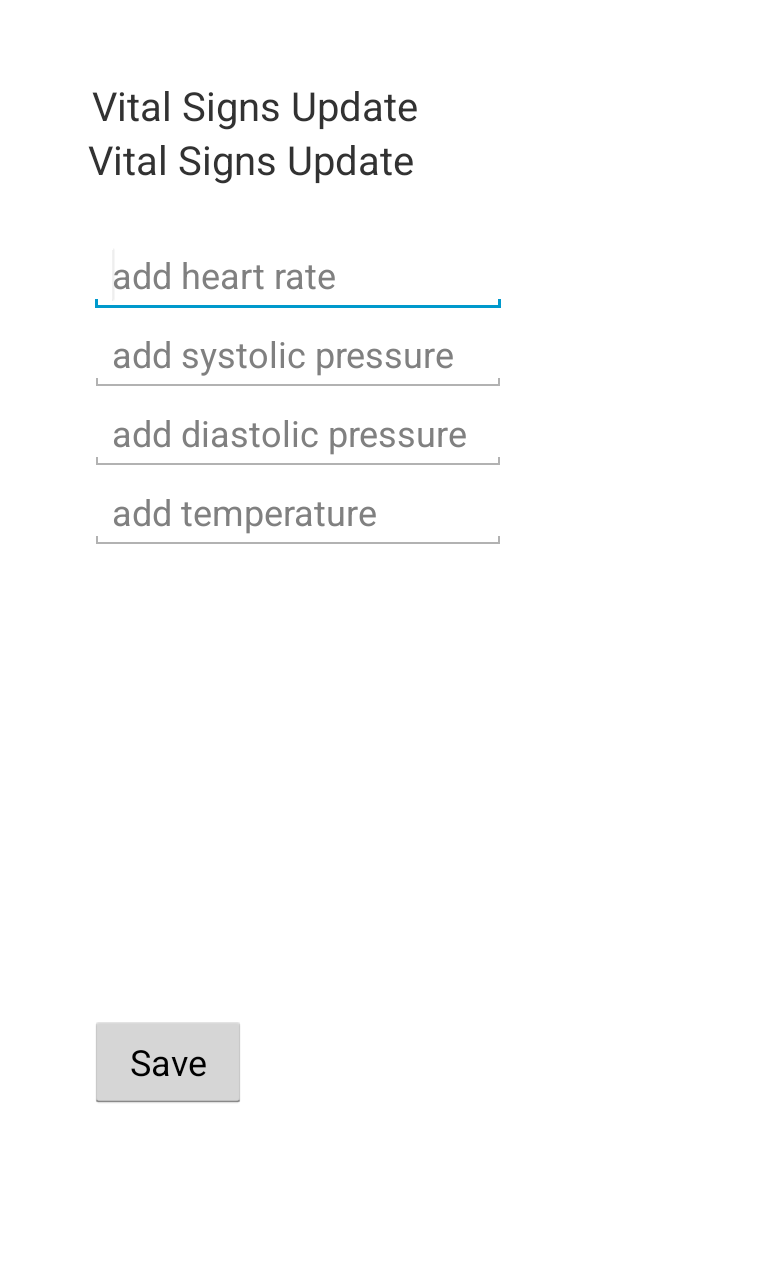
Repository: jackys-95/Aloha
Layout: app/Phase 2/res/layout/activity_vital_signs_update.xml
The author's editor kept a copy of each file at every save. The layout is drawn from the files as they stood at one save, then again after the next save.
It is drawn on a 768 x 1280 px phone screen (xhdpi) without system bars, with theme AppTheme; the app's code is not run.

Above is the layout before, as saved 2014-11-05 01:21:54.

### app/Phase 2/res/layout/activity_vital_signs_update.xml
<RelativeLayout xmlns:android="http://schemas.android.com/apk/res/android"
    xmlns:tools="http://schemas.android.com/tools"
    android:layout_width="match_parent"
    android:layout_height="match_parent"
    android:paddingBottom="@dimen/activity_vertical_margin"
    android:paddingLeft="@dimen/activity_horizontal_margin"
    android:paddingRight="@dimen/activity_horizontal_margin"
    android:paddingTop="@dimen/activity_vertical_margin"
    tools:context="com.example.hospitalsystem.VitalSignsUpdate" >

    <TextView
        android:id="@+id/Date"
        android:layout_width="wrap_content"
        android:layout_height="wrap_content"
        android:layout_alignParentLeft="true"
        android:layout_alignParentTop="true"
        android:layout_marginLeft="30dp"
        android:layout_marginTop="23dp"
        android:text="@string/VitalSignsUpdate"
        android:textSize="20sp" />

    <Button
        android:id="@+id/save"
        android:layout_width="80dp"
        android:layout_height="wrap_content"
        android:layout_alignLeft="@+id/editText4"
        android:layout_alignParentBottom="true"
        android:layout_marginBottom="69dp"
        android:text="@string/Save" />

    <EditText
        android:id="@+id/editText4"
        android:layout_width="wrap_content"
        android:layout_height="wrap_content"
        android:layout_alignParentLeft="true"
        android:layout_below="@+id/Date"
        android:layout_marginLeft="28dp"
        android:layout_marginTop="52dp"
        android:ems="10"
        android:hint="@string/addHeartRate"
        android:inputType="number" >

        <requestFocus />
    </EditText>

    <EditText
        android:id="@+id/editText2"
        android:layout_width="wrap_content"
        android:layout_height="wrap_content"
        android:layout_alignParentLeft="true"
        android:layout_below="@+id/editText4"
        android:layout_marginLeft="28dp"
        android:ems="10"
        android:hint="@string/addSystolicPressure"
        android:inputType="number" />

    <EditText
        android:id="@+id/editText3"
        android:layout_width="wrap_content"
        android:layout_height="wrap_content"
        android:layout_alignParentLeft="true"
        android:layout_below="@+id/editText2"
        android:layout_marginLeft="28dp"
        android:ems="10"
        android:hint="@string/addDiastolicPressure"
        android:inputType="number" />

    <EditText
        android:id="@+id/editText1"
        android:layout_width="wrap_content"
        android:layout_height="wrap_content"
        android:layout_alignParentLeft="true"
        android:layout_below="@+id/editText3"
        android:layout_marginLeft="28dp"
        android:ems="10"
        android:hint="@string/addTemperature"
        android:inputType="number" />

    <TextView
        android:id="@+id/CurrentTime"
        android:layout_width="wrap_content"
        android:layout_height="wrap_content"
        android:layout_alignLeft="@+id/editText4"
        android:layout_below="@+id/Date"
        android:text="@string/VitalSignsUpdate"
        android:textSize="20sp" />

</RelativeLayout>

### app/Phase 2/res/values/strings.xml
<?xml version="1.0" encoding="utf-8"?>
<resources>

    <string name="app_name">Hospital System</string>
    <string name="action_settings">Settings</string>
    <string name="Welcome">Welcome to</string>
    <string name="AppName">Triage Helper</string>
    <string name="title_activity_look_up_patient">Search for Patient</string>
    <string name="hello_world">Hello world!</string>
    <string name="title_activity_create_new_record">Create a new record</string>
    <string name="title_activity_confirm_patient">Confirm Patient</string>
    <string name="title_activity_previous_record">Previous Records</string>
    <string name="title_activity_individual_data">Individual Data</string>
    <string name="title_activity_visit_record">Visit Record</string>
    <string name="title_activity_vital_signs_update">Vital Signs Update</string>
    <string name="LookUp">Look up existing patient</string>
    <string name="CreateANewRecord">Create a new record</string>
    <string name="Confirm">Confirm</string>
    <string name="HCNinput">Please input a health card number.</string>
    <string name="PreviousRecord">Here are the previous record(s) for patient</string>
    <string name="placeholder">Placeholder</string>
    <string name="IndividualData">Individual Data for patient</string>
    <string name="NameColon">Name: </string>
    <string name="DOBColon">Date of Birth: </string>
    <string name="HCNColon">Health Card Number: </string>
    <string name="VisitRecord">Visit Record of Patient</string>
    <string name="at">at</string>
    <string name="Update">update</string>
    <string name="VitalSignsUpdate">Vital Signs Update</string>
    <string name="addTemperature">add temperature</string>
    <string name="addSystolicPressure">add systolic pressure</string>
    <string name="addDiastolicPressure">add diastolic pressure</string>
    <string name="addHeartRate">add heart rate</string>
    <string name="Cancel">Cancel</string>
    <string name="Save">Save</string>
    <string name="CreateANewVitalSigns">Create a new vital signs record</string>
    <string name="notFunctionaltime">put current date as default here</string>
    <string name="CurrentDate">Current Date:</string>
    <string name="CurrentTime">Current Time:</string>
    <string name="ViewPreviousRecords">Previous Records</string>
    <string name="UpdateRecord">Update Record</string>
    <string name="forPatient">for patient</string>
    <string name="currentT">Use Current Time</string>
</resources>

Loaded but not shown: app/Phase 2/res/values/styles.xml (common file); app/Phase 2/res/values-v11/styles.xml (common file); app/Phase 2/res/values-v14/styles.xml (common file); app/Phase 2/res/values/dimens.xml (common file); app/Phase 2/res/values-w820dp/dimens.xml (common file)

After the next save:
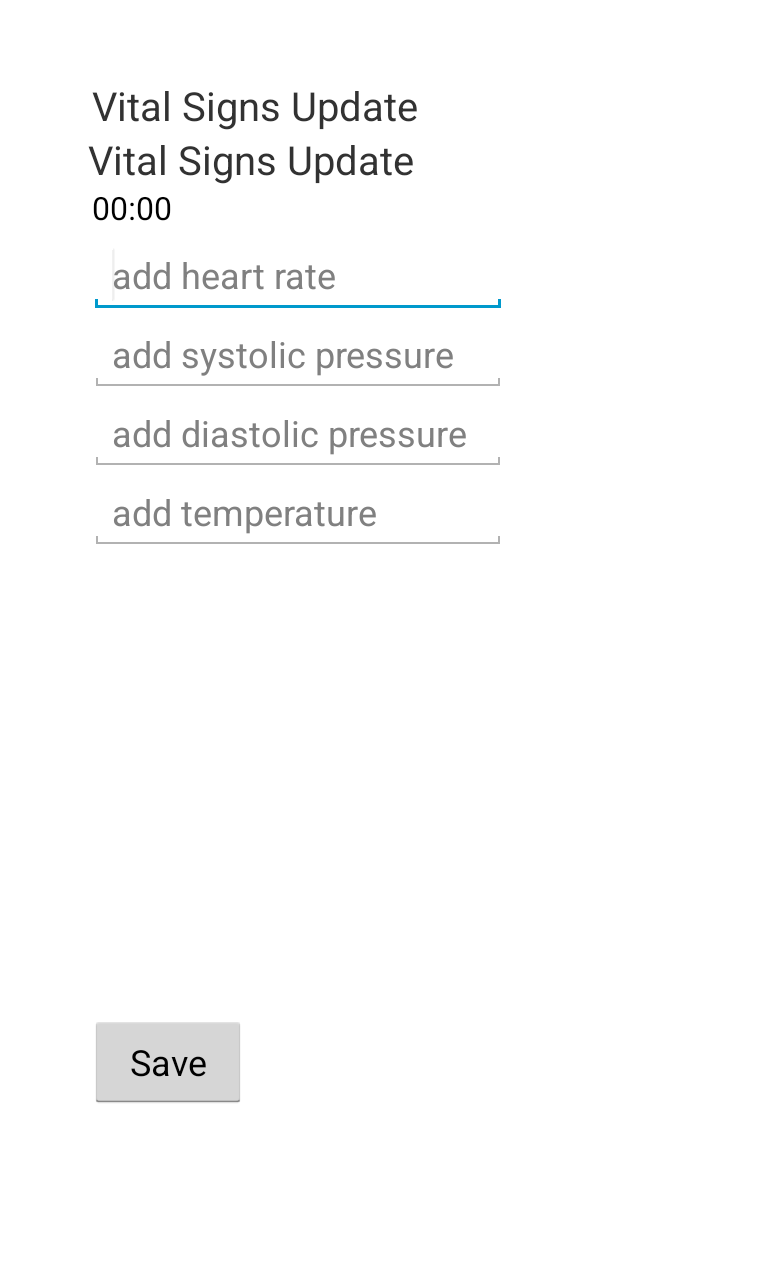
Saved 2 h 25 min later.
--- a/app/Phase 2/res/layout/activity_vital_signs_update.xml
+++ b/app/Phase 2/res/layout/activity_vital_signs_update.xml
@@ -85,4 +85,12 @@
         android:text="@string/VitalSignsUpdate"
         android:textSize="20sp" />
 
+    <Chronometer
+        android:id="@+id/clock"
+        android:layout_width="wrap_content"
+        android:layout_height="wrap_content"
+        android:layout_alignLeft="@+id/Date"
+        android:layout_below="@+id/CurrentTime"
+        android:text="Chronometer" />
+
 </RelativeLayout>

After the save that followed:
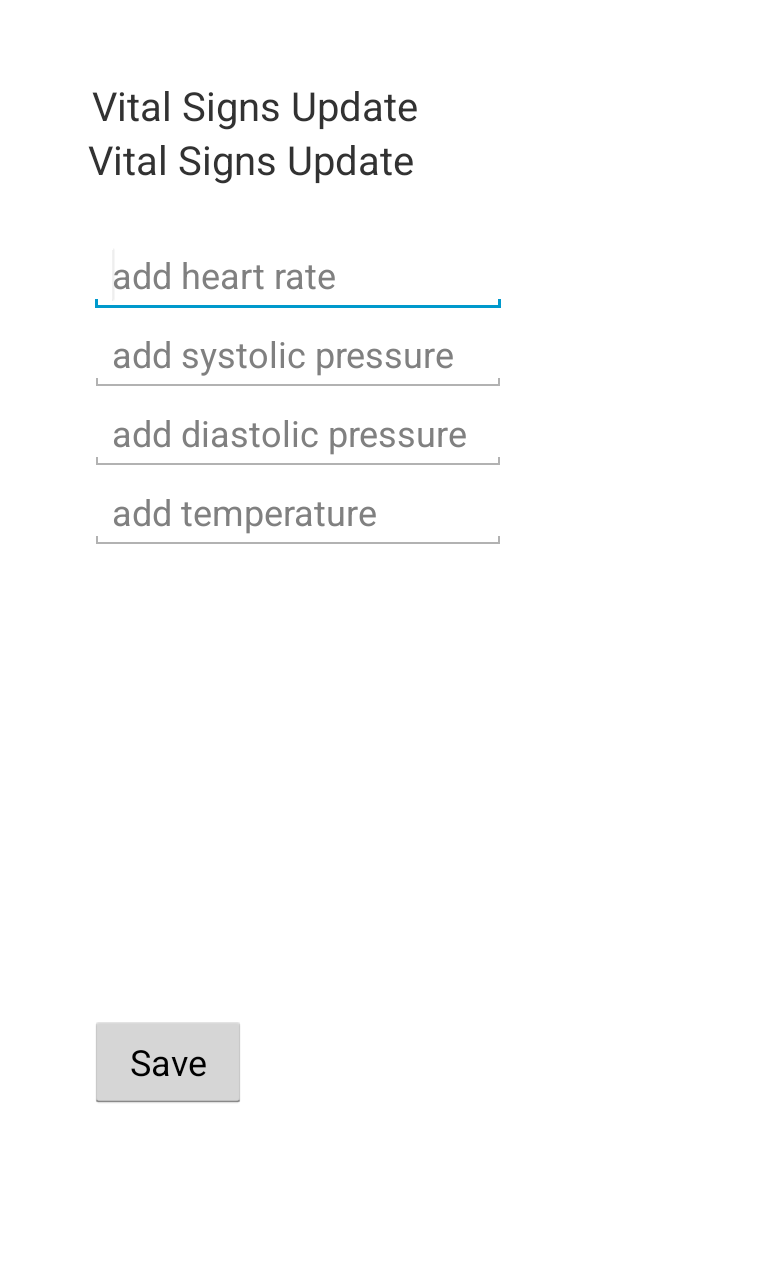
Saved 5 min 55 s later.
--- a/app/Phase 2/res/layout/activity_vital_signs_update.xml
+++ b/app/Phase 2/res/layout/activity_vital_signs_update.xml
@@ -85,12 +85,5 @@
         android:text="@string/VitalSignsUpdate"
         android:textSize="20sp" />
 
-    <Chronometer
-        android:id="@+id/clock"
-        android:layout_width="wrap_content"
-        android:layout_height="wrap_content"
-        android:layout_alignLeft="@+id/Date"
-        android:layout_below="@+id/CurrentTime"
-        android:text="Chronometer" />
 
 </RelativeLayout>
